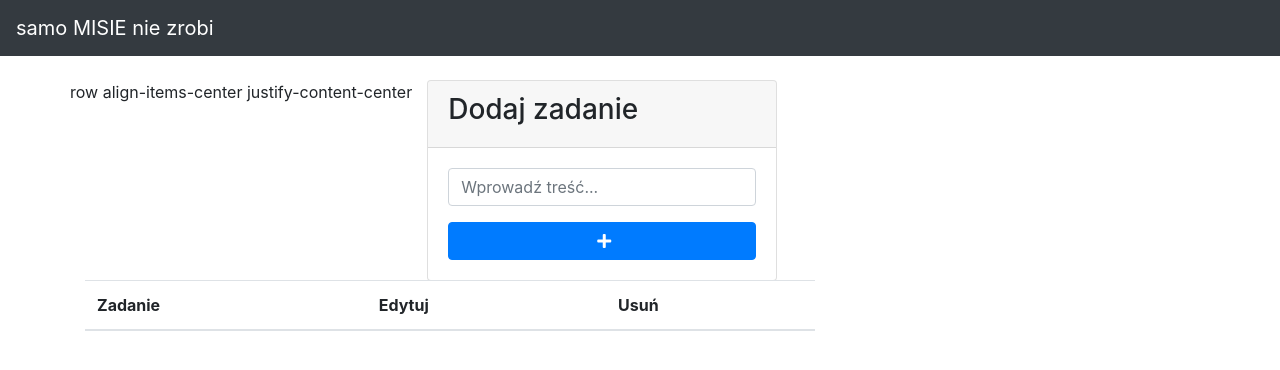
Repository: pcharazinski/JS_EXPRESS---samoMISIEniezrobi
Page: http://localhost/
These files come from the project's save history. The page is drawn as it stood at one moment and after the next save; the edit follows.
The browser window is 1280 px wide. The pictures show the whole page.
Some web libraries are served in a nearby version. The page is served by the project's Node server (app.js). Other server files are loaded and not shown. Queries for data that is not in the repository find no rows.

Above is the page before, as saved 2018-12-16 15:32:10.

### views/index.pug
//- Pug zwraca wieeeeeeelka uwagę na wciecia!!! jak sa zle wciecia to sie wysypuje

extends layout

block content
    .row row align-items-center justify-content-center
        .col-md-4
            .card
                .card-header
                    h3 Dodaj zadanie
                .card-body
                    form(action="/addme", method="POST")
                        .form-group

                            input.form-control#labeltodo(type='text', name="title", placeholder="Wprowadź treść...")
                        button(type="submit").btn.btn-primary.btn-block
                            i.fas.fa-plus.pl-1


        .col-md-8

            table.table.table-striped
                thead
                    tr

                    th(scope='col') Zadanie
                    th(scope='col') Edytuj
                    th(scope='col') Usuń
                tbody
                    each todo in todos
                        tr

                             td= todo.title
                             td
                                a(href="/editme/"+ todo.id).btn.btn-info.btn-sm
                                    i.fas.fa-pencil-alt
                             td
                                form(method="post", action="/deleteme/" + todo.id + "?_method=delete")
                                    button(type="submit").btn.btn-danger.btn-sm
                                         i.fas.fa-trash-alt

### views/layout.pug
<!DOCTYPE html>
html(lang="en")
    head
        meta(charset="UTF-8")
        meta(name="viewport", content="width=device-width, initial-scale=1.0")
        meta(http-equiv="X-UA-Compatible", content="ie=edge")
        link(rel="stylesheet", href="https://stackpath.bootstrapcdn.com/bootstrap/4.1.3/css/bootstrap.min.css")
        link(rel="stylesheet", href="https://use.fontawesome.com/releases/v5.6.1/css/all.css")
        title MISIE
    body
        include nav
        .container
            block content

script(src='https://code.jquery.com/jquery-3.3.1.slim.min.js')
script(src='https://cdnjs.cloudflare.com/ajax/libs/popper.js/1.14.3/umd/popper.min.js')
script(src='https://stackpath.bootstrapcdn.com/bootstrap/4.1.3/js/bootstrap.min.js')

### views/nav.pug
nav.navbar.navbar-expand-lg.navbar-dark.bg-dark.mb-4
  a.navbar-brand(href='/') samo MISIE nie zrobi

  button.navbar-toggler(type='button', data-toggle='collapse', data-target='#navbarNav', aria-controls='navbarNav', aria-expanded='false', aria-label='Toggle navigation')
    span.navbar-toggler-icon
  .collapse.navbar-collapse#navbarNav
    ul.navbar-nav
      //- li.nav-item.active
      //-   a.nav-link(href='/')
      //-     | Strona główna
      //-     span.sr-only (current)
      //- li.nav-item
      //-   a.nav-link(href='/') ASAP
      //- li.nav-item
      //-   a.nav-link(href='/') Nie ASAP
      //- li.nav-item
      //-   a.nav-link(href='/') Jak zostanie czas

### app.js
const express = require ("express");
const mongoose = require ('mongoose');
const bodyParser = require('body-parser');
const methodOverride = require ('method-override');
mongoose.connect ('mongodb://admin:admin62D.@ds121652.mlab.com:21652/samomisieniezrobi', { useNewUrlParser: true }).then (() => {
console.log('ejj... chyba polaczylam sie z baza danych, lol');

});
const app = express ();

app.use (bodyParser.urlencoded({extended:false}));
app.use (methodOverride('_method'));
app.set ("view engine", "pug");
const indexRoutes = require ('./routes/index');
app.use ('/', indexRoutes);
const port = process.env.PORT || 3000;
app.listen (port, () =>console.log(`Jestem podlaczona do serwera ${port} bijacz`));

### controllers/index.js
const Todo = require ('../models/Todo');
const getIndex = (req, res) =>
{
    Todo.find({},(err, todos)=> {
        if (err) console.log(err);
        console.log(todos);
        res.render ('index', {
            todos:todos
        })
    })

};
const postIndex = (req,res) =>{
    const newTodo = new Todo({
        title: req.body.title
    });
    newTodo.save((err)=>{
        if (err) console.log(err);
        res.redirect ('/');
    })

}

const deleteIndex = (req, res)=>{
    const {id} = req.params;
    Todo.findByIdAndDelete(id, (err)=> {
        if (err) console.log(err);
        res.redirect ('/');
    });

}
module.exports = {
    getIndex:getIndex,
    postIndex:postIndex,
    deleteIndex:deleteIndex
}

After the next save:
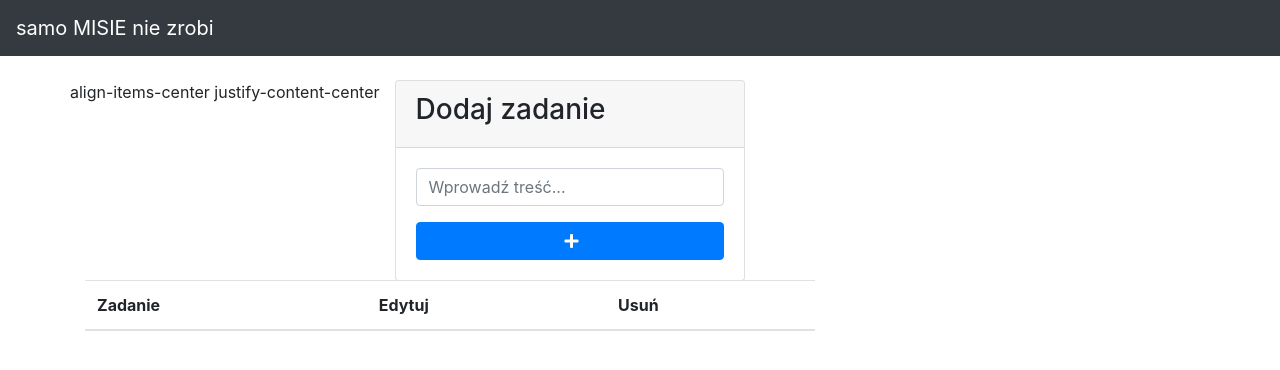
Saved 4 s later.
--- a/views/index.pug
+++ b/views/index.pug
@@ -3,7 +3,7 @@
 extends layout
 
 block content
-    .row row align-items-center justify-content-center
+    .row align-items-center justify-content-center
         .col-md-4
             .card
                 .card-header
